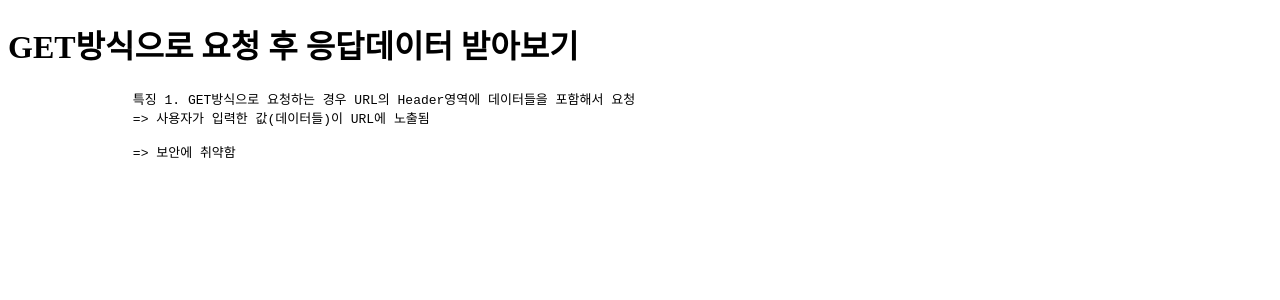
Repository: Rostreaca/0922_Web
Page: MyFirstWebProject/src/main/webapp/views/request_get.html
The author's editor kept a copy of each file at every save. The page is drawn from the files as they stood at one save, then again after the next save.
The browser window is 1280 px wide. The pictures show the whole page.

Above is the page before, as saved 2025-09-22 07:39:28.

### MyFirstWebProject/src/main/webapp/views/request_get.html
<!DOCTYPE html>
<html>
<head>
<meta charset="UTF-8">
<title>Get 방식 요청 테스트</title>
<style>
	ul {
		list-style : none;
		line-height : 200%;
	}
</style>
</head>
<body>
	<h1>GET방식으로 요청 후 응답데이터 받아보기</h1>

	<pre>
		특징 1. GET방식으로 요청하는 경우 URL의 Header영역에 데이터들을 포함해서 요청
		=> 사용자가 입력한 값(데이터들)이 URL에 노출됨 <br>
		=> 보안에 취약함

	</pre>









</body>
</html>

After the next save:
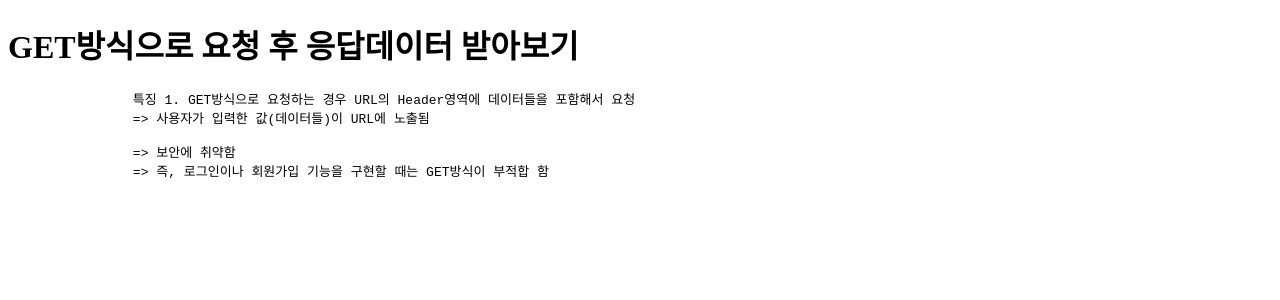
Saved 30 s later.
--- a/MyFirstWebProject/src/main/webapp/views/request_get.html
+++ b/MyFirstWebProject/src/main/webapp/views/request_get.html
@@ -17,6 +17,7 @@
 		특징 1. GET방식으로 요청하는 경우 URL의 Header영역에 데이터들을 포함해서 요청
 		=> 사용자가 입력한 값(데이터들)이 URL에 노출됨 <br>
 		=> 보안에 취약함
+		=> 즉, 로그인이나 회원가입 기능을 구현할 때는 GET방식이 부적합 함 <br><br>
 
 	</pre>
 
